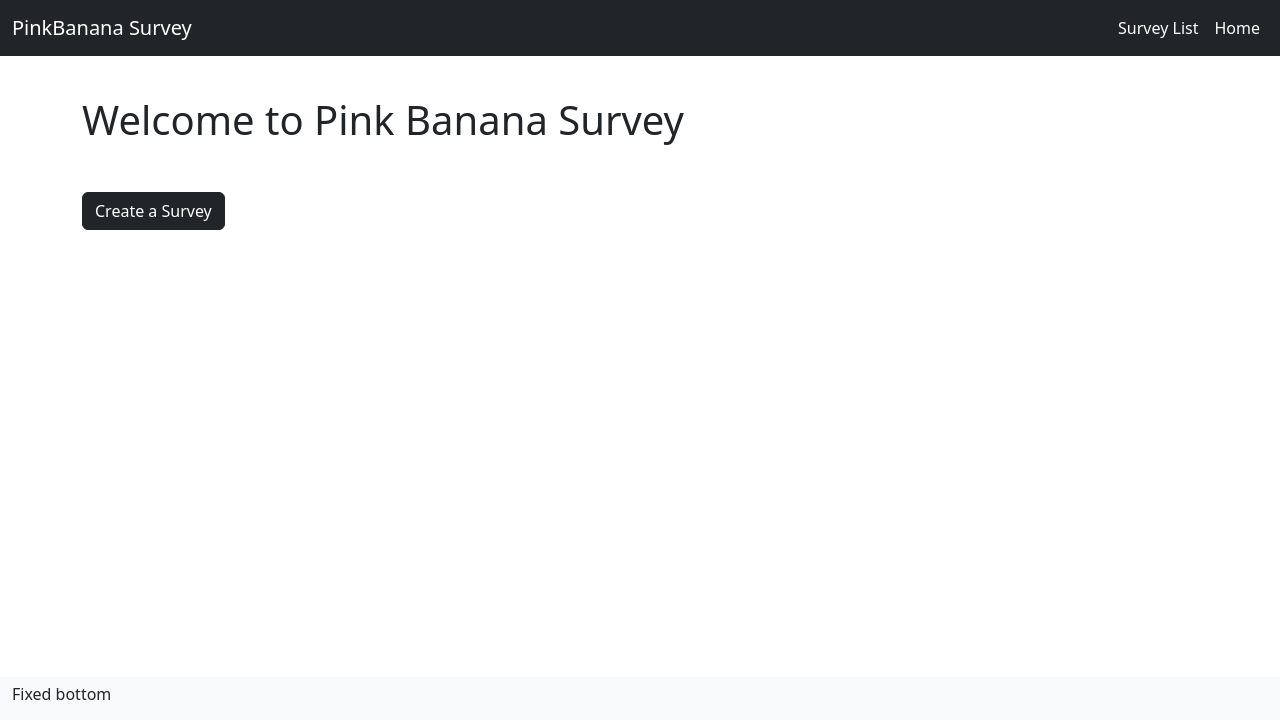
Repository: miaaow42/BananaProject
Page: / (app in front-end/)
An editor plug-in stored every save of this project. The page is shown before and after the next save, followed by the edit.
The browser window is 1280 px wide. The pictures show the whole page.
The project was rebuilt for these pictures with package versions that can differ from the ones it lists, and the page was loaded fresh each time. Also part of the build but not shown: front-end/src/App.css.

Above is the page before, as saved 2022-12-08 04:54:35.

### front-end/public/index.html
<!DOCTYPE html>
<html lang="en">
  <head>
    <meta charset="utf-8" />
    <link rel="icon" href="%PUBLIC_URL%/favicon.ico" />
    <meta name="viewport" content="width=device-width, initial-scale=1" />
    <meta name="theme-color" content="#000000" />
    <meta
      name="description"
      content="Web site created using create-react-app"
    />
    <link rel="apple-touch-icon" href="%PUBLIC_URL%/logo192.png" />
    <!--
      manifest.json provides metadata used when your web app is installed on a
      user's mobile device or desktop. See https://developers.google.com/web/fundamentals/web-app-manifest/
    -->
    <link rel="manifest" href="%PUBLIC_URL%/manifest.json" />
    <!--
      Notice the use of %PUBLIC_URL% in the tags above.
      It will be replaced with the URL of the `public` folder during the build.
      Only files inside the `public` folder can be referenced from the HTML.

      Unlike "/favicon.ico" or "favicon.ico", "%PUBLIC_URL%/favicon.ico" will
      work correctly both with client-side routing and a non-root public URL.
      Learn how to configure a non-root public URL by running `npm run build`.
    -->
    <title>PinkBanana Survey</title>
  </head>
  <body>
    <noscript>You need to enable JavaScript to run this app.</noscript>
    <div id="root"></div>
    <!--
      This HTML file is a template.
      If you open it directly in the browser, you will see an empty page.

      You can add webfonts, meta tags, or analytics to this file.
      The build step will place the bundled scripts into the <body> tag.

      To begin the development, run `npm start` or `yarn start`.
      To create a production bundle, use `npm run build` or `yarn build`.
    -->
  </body>
</html>

### front-end/src/App.tsx
import React from 'react';
import { BrowserRouter, Route, Routes } from 'react-router-dom';


// import logo from './logo.svg';
import './App.css';

// Styles and Fonts
import 'bootstrap/dist/css/bootstrap.min.css';
import '@fortawesome/fontawesome-free/css/all.min.css';

// Comment Components
import Header from './components/header';
import Footer from './components/footer';

// Content Components
import Home from './content/home';

function App() {
  return (
    <div className="App">
      <BrowserRouter>
      <Header></Header>

      {/* Client- Side Routing*/}
      <Routes>
        <Route path="/" element={<Home/>} />
        <Route path="/home" element={<Home/>} />
      </Routes>
      <Footer></Footer>
      </BrowserRouter>
    </div>
  );
}

export default App;

### front-end/src/components/header.tsx
import React from "react";
import {NavLink} from 'react-router-dom';

function Header()
{
    return(
        // <nav classNameName="navbar navbar-expand-lg navbar-dark navbar fixed-top x-navbar">
        //     <NavLink classNameName="navbar-brand" to="/"> <img src="/images/groupProjectLogo.png" alt="Logo" width="60px"/> PinkBanana Survey</NavLink>
        //     <div classNameName="container-fluid" >

        //          <button classNameName="navbar-toggler" type="button" data-bs-toggle="collapse" data-bs-target="#navbarSupportedContent"
        //             aria-controls="navbarSupportedContent" aria-expanded="false" aria-label="Toggle navigation">
        //              <span classNameName="navbar-toggler-icon "></span>
        //          </button>

        //          <div classNameName="collapse navbar-collapse" id="navbarSupportedContent" >
        //             <ul classNameName="navbar-nav ms-auto mb-2 mb-lg-0">
        //                 <li classNameName="nav-item">
        //                     <NavLink  to={"/home"} classNameName="nav-item" >Survey List</NavLink>
        //                 </li>
        //             </ul>
        //          </div>
        //     </div>
        // </nav>
        <nav className="navbar navbar-expand-lg bg-dark navbar-dark fixed-top">
            <div className="container-fluid">
                <NavLink className="navbar-brand" to={"/"}>PinkBanana Survey</NavLink>
                <button className="navbar-toggler" type="button" data-bs-toggle="collapse" data-bs-target="#navbarSupportedContent" aria-controls="navbarSupportedContent" aria-expanded="false" aria-label="Toggle navigation">
                    <span className="navbar-toggler-icon"></span>
                </button>
                <div className="collapse navbar-collapse" id="navbarSupportedContent">
                    <ul className="navbar-nav ms-auto mb-2 mb-lg-0">
                        <li className="nav-item">
                            <NavLink className="nav-link active" aria-current="page" to={"/"}>Survey List</NavLink>
                        </li>
                        <li className="nav-item">
                            <NavLink className="nav-link" aria-current="page" to={"/"}>Home</NavLink>
                        </li>
                    </ul>
                </div>
            </div>
        </nav>
    )
}

export default Header;

### front-end/src/components/footer.tsx
import React from "react";

function Footer()
{
    return(
        <nav className="navbar fixed-bottom bg-light">
        <div className="container-fluid">
          <h6 >Fixed bottom</h6>
        </div>
      </nav>
    )
}

export default Footer;

### front-end/src/content/home.tsx
import React from "react";
import { Link } from "react-router-dom";


function Home()
{
    return(
        <div className="container">
            <br></br><br></br><br></br><br></br>
            <h1 className="mb-5">Welcome to Pink Banana Survey</h1>

            <Link to={"/add-survey"}>
                <button className="btn btn-dark"> Create a Survey</button>
            </Link>

        </div>
    )
}

export default Home;

Loaded but not shown: front-end/src/index.tsx (common file); front-end/src/index.css (common file); front-end/src/reportWebVitals.ts (common file)

After the next save:
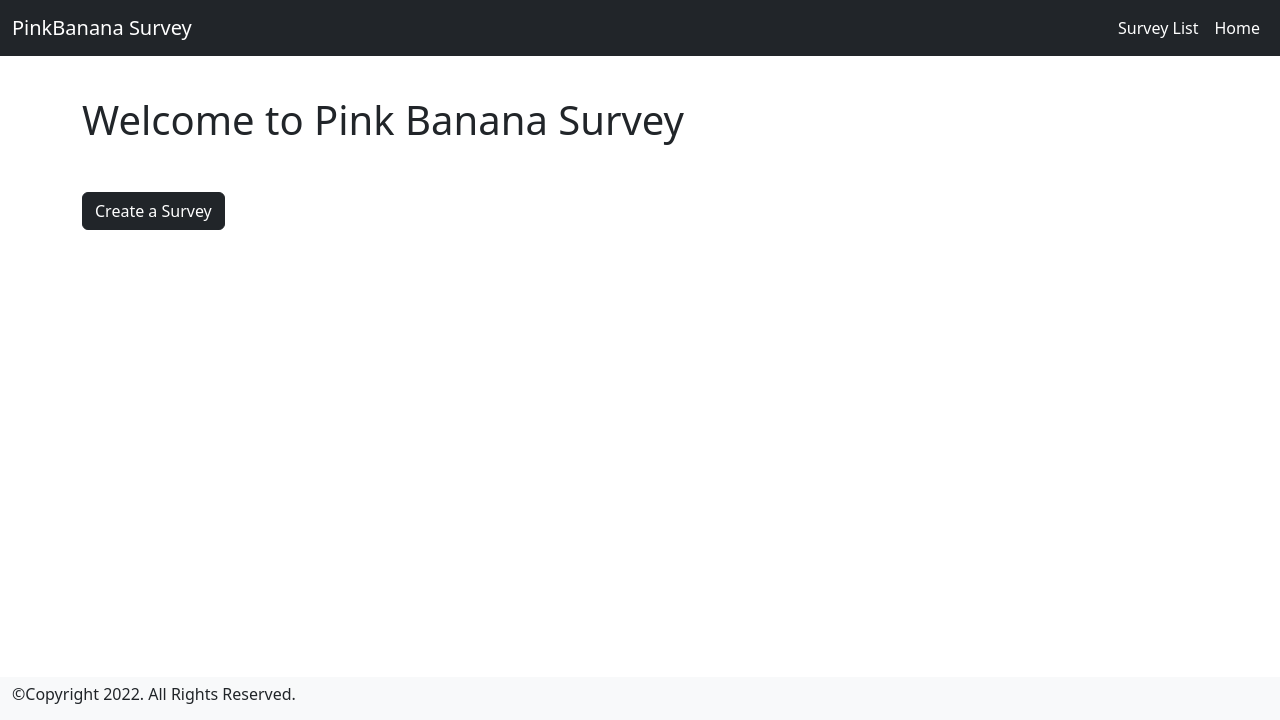
Saved 24 s later.
--- a/front-end/src/components/footer.tsx
+++ b/front-end/src/components/footer.tsx
@@ -5,7 +5,7 @@ function Footer()
     return(
         <nav className="navbar fixed-bottom bg-light">
         <div className="container-fluid">
-          <h6 >Fixed bottom</h6>
+          <h6 >&copy;Copyright 2022. All Rights Reserved. </h6>
         </div>
       </nav>
     )
